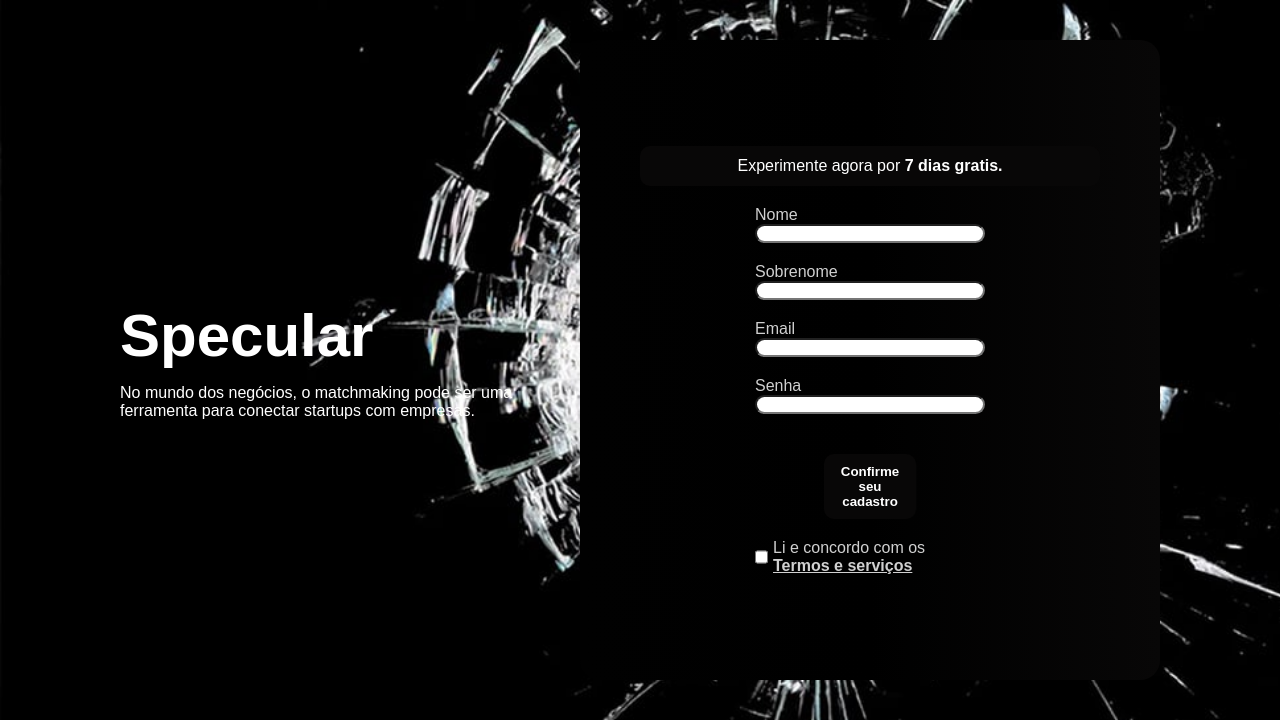
Repository: analessp/tela-login
Page: index.html
These files come from the project's save history. The page is drawn as it stood at one moment and after a run of saves; the edit follows.
The browser window is 1280 px wide. The pictures show the whole page.
Some web fonts or font styles are not loaded; a fallback is used.

Above is the page before, as saved 2025-04-23 12:48:06.

After the next 2 saves:
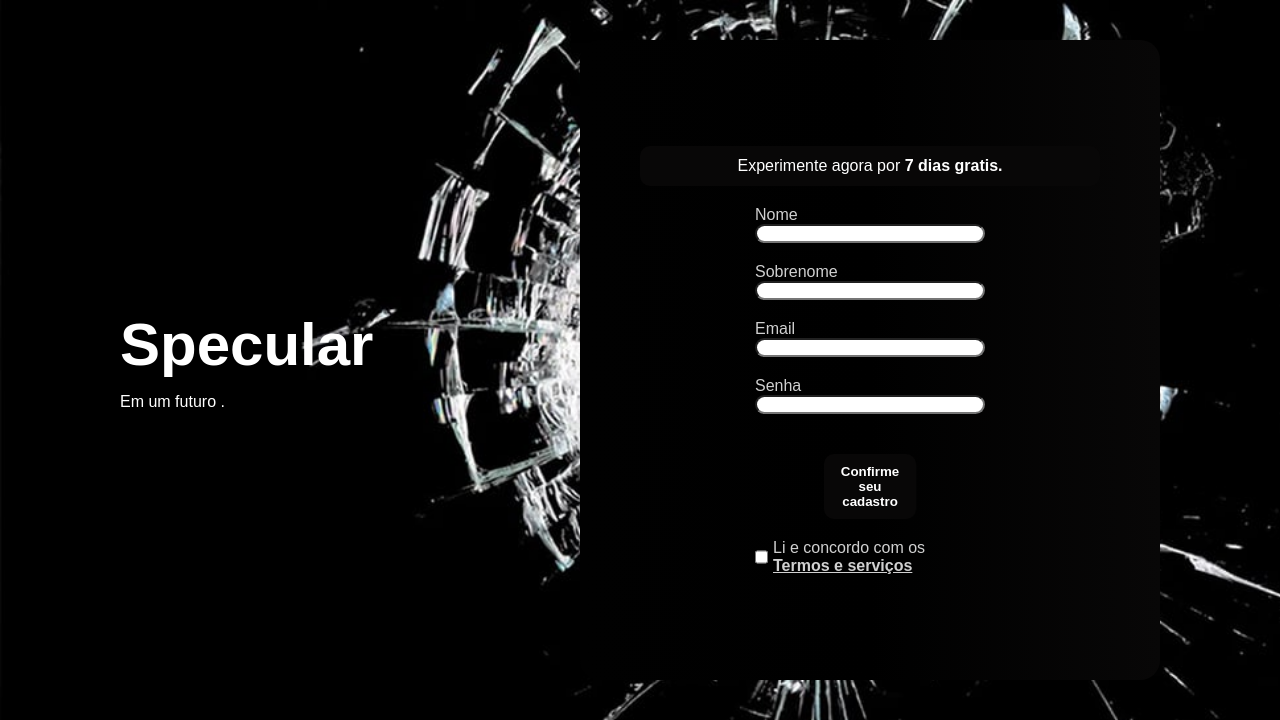
The 2 saves are shown as one change because they came seconds apart.
The last was saved 15 s later.
--- a/index.html
+++ b/index.html
@@ -13,7 +13,7 @@
     <main>
       <div class="container-left">
         <h1>Specular</h1>
-        <p>No mundo dos negócios, o matchmaking pode ser uma ferramenta para conectar startups com empresas.</p>
+        <p>Em um futuro .</p>
       </div>
       <div class="container-right">
         <a href="#" class="teste-gratis">
